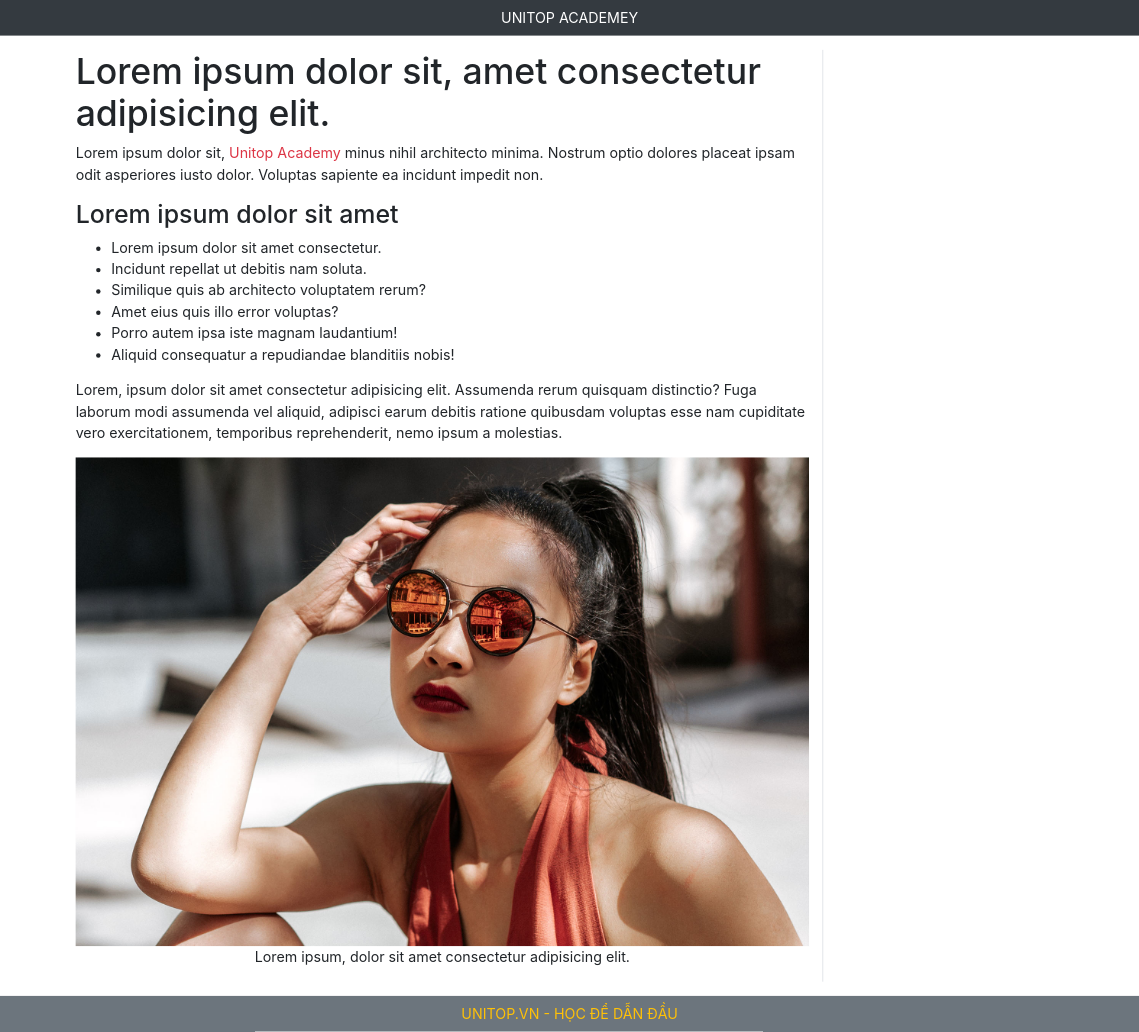
Repository: anhtu2110/front_end
Page: lesson/bootstrap/text-images/3.10-page_detail.html
These files come from the project's save history. The page is drawn as it stood at one moment and after the next save; the edit follows.
The browser window is 1280 px wide. The pictures show the whole page, at 89% of full size.

Above is the page before, as saved 2022-12-02 07:31:23.

### lesson/bootstrap/text-images/3.10-page_detail.html
<!DOCTYPE html>
<html lang="en">
  <head>
    <meta charset="UTF-8" />
    <meta http-equiv="X-UA-Compatible" content="IE=edge" />
    <meta name="viewport" content="width=device-width, initial-scale=1.0" />
    <link rel="stylesheet" href="./bootstrap/css/bootstrap.min.css" />
    <title>Xây dựng trang chi tiết bài viết với Bootstrap</title>
  </head>
  <body>
    <div id="wrapper">
        <div id="header" class="text-uppercase bg-dark text-white text-center py-2">
            Unitop academey
        </div>
        <!-- END HEADER  -->
        <div id="wp-content" class="py-3">
            <div class="container">
                <div class="row">
                    <div id="content" class="col-md-9 border-right">
                        <h1>Lorem ipsum dolor sit, amet consectetur adipisicing elit.</h1>
                        <p>Lorem ipsum dolor sit, <span class="text-danger">Unitop Academy</span> minus nihil architecto minima. Nostrum optio dolores placeat ipsam odit asperiores iusto dolor. Voluptas sapiente ea incidunt impedit non.</p>
                        <h3>Lorem ipsum dolor sit amet</h3>
                        <ul>
                            <li>Lorem ipsum dolor sit amet consectetur.</li>
                            <li>Incidunt repellat ut debitis nam soluta.</li>
                            <li>Similique quis ab architecto voluptatem rerum?</li>
                            <li>Amet eius quis illo error voluptas?</li>
                            <li>Porro autem ipsa iste magnam laudantium!</li>
                            <li>Aliquid consequatur a repudiandae blanditiis nobis!</li>
                        </ul>
                        <p>Lorem, ipsum dolor sit amet consectetur adipisicing elit. Assumenda rerum quisquam distinctio? Fuga laborum modi assumenda vel aliquid, adipisci earum debitis ratione quibusdam voluptas esse nam cupiditate vero exercitationem, temporibus reprehenderit, nemo ipsum a molestias.</p>
                        <div class="text-center">
                            <img class="img-fluid" src="./images/girl-1.jpg" alt="">
                            <p>Lorem ipsum, dolor sit amet consectetur adipisicing elit.</p>
                        </div>
                    </div>
                    <div id="sidebar" class="col-md-3">

                    </div>
                </div>
            </div>
            </div>
        </div>
        <!-- END WP-CONTENT  -->
        <div id="footer" class="text-uppercase bg-secondary text-warning text-center py-2">
            unitop.vn - học để dẫn đầu
        </div>
        <!-- END FOOTER  -->
    </div>
    <script src="js/jquery-3.6.1.min.js"></script>
    <script src="js/popper.min.js"></script>
    <script src="./bootstrap/js/bootstrap.min.js"></script>
  </body>
</html>

Loaded but not shown: lesson/bootstrap/text-images/bootstrap/css/bootstrap.min.css (library); lesson/bootstrap/text-images/js/jquery-3.6.1.min.js (library); lesson/bootstrap/text-images/js/popper.min.js (library); lesson/bootstrap/text-images/bootstrap/js/bootstrap.min.js (library)

After the next save:
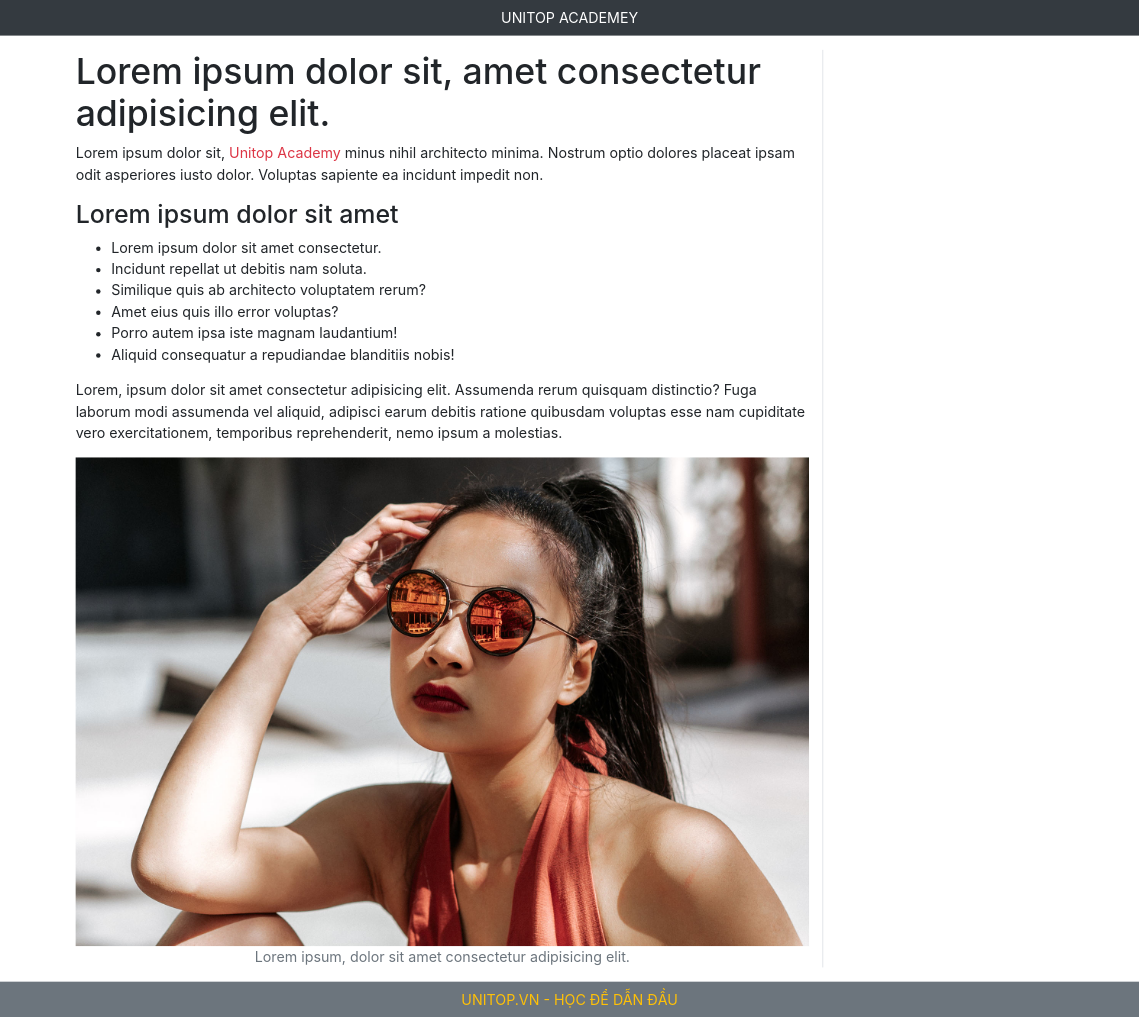
Saved 24 s later.
--- a/lesson/bootstrap/text-images/3.10-page_detail.html
+++ b/lesson/bootstrap/text-images/3.10-page_detail.html
@@ -31,7 +31,7 @@
                         <p>Lorem, ipsum dolor sit amet consectetur adipisicing elit. Assumenda rerum quisquam distinctio? Fuga laborum modi assumenda vel aliquid, adipisci earum debitis ratione quibusdam voluptas esse nam cupiditate vero exercitationem, temporibus reprehenderit, nemo ipsum a molestias.</p>
                         <div class="text-center">
                             <img class="img-fluid" src="./images/girl-1.jpg" alt="">
-                            <p>Lorem ipsum, dolor sit amet consectetur adipisicing elit.</p>
+                            <p class="text-secondary mb-0">Lorem ipsum, dolor sit amet consectetur adipisicing elit.</p>
                         </div>
                     </div>
                     <div id="sidebar" class="col-md-3">
